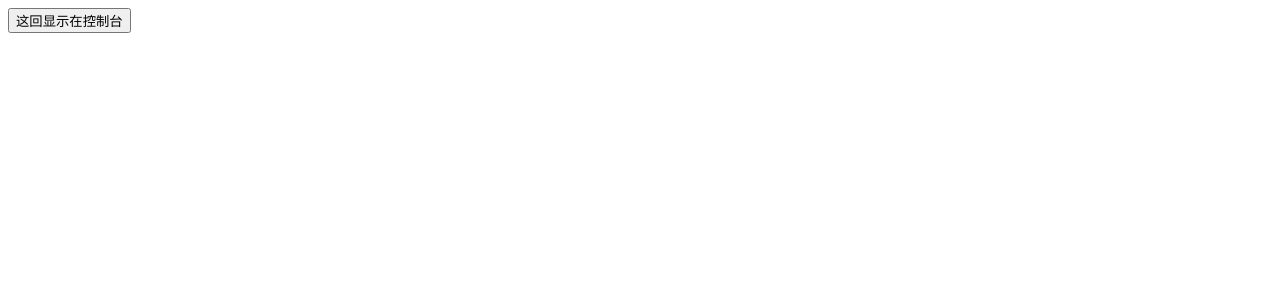
Repository: cswuhan/network_traning_works
Page: 第二周作业/行内式/index.html
These files come from the project's save history. The page is drawn as it stood at one moment and after the next save; the edit follows.
The browser window is 1280 px wide. The pictures show the whole page.

Above is the page before, as saved 2023-12-14 08:22:25.

After the next save:
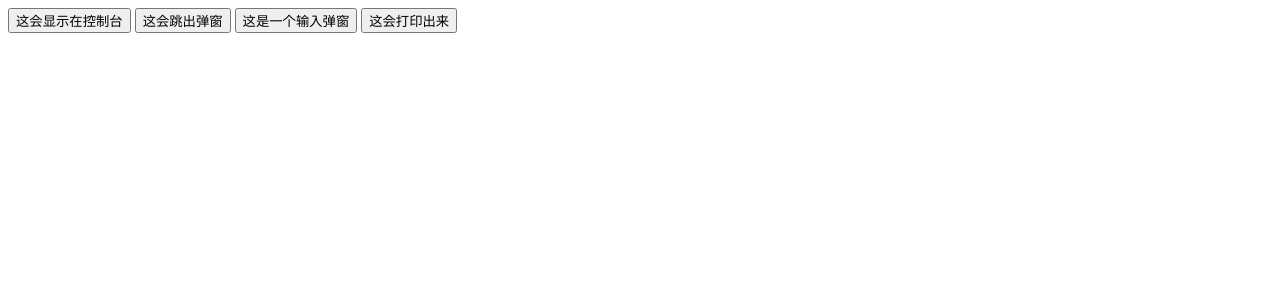
Saved 71 s later.
--- a/第二周作业/行内式/index.html
+++ b/第二周作业/行内式/index.html
@@ -6,6 +6,9 @@
     <title>Document</title>
 </head>
 <body>
-    <input onclick="console.log('这回显示在控制台')" type="button" value="这回显示在控制台">
+    <input onclick="console.log('这会显示在控制台')" type="button" value="这会显示在控制台">
+    <input onclick="alert('这会跳出弹窗')" type="button" value="这会跳出弹窗">
+    <input onclick="prompt('这是一个输入弹窗')" type="button" value="这是一个输入弹窗">
+    <input onclick="print('这会打印出来')" type="button" value="这会打印出来">
 </body>
 </html>
